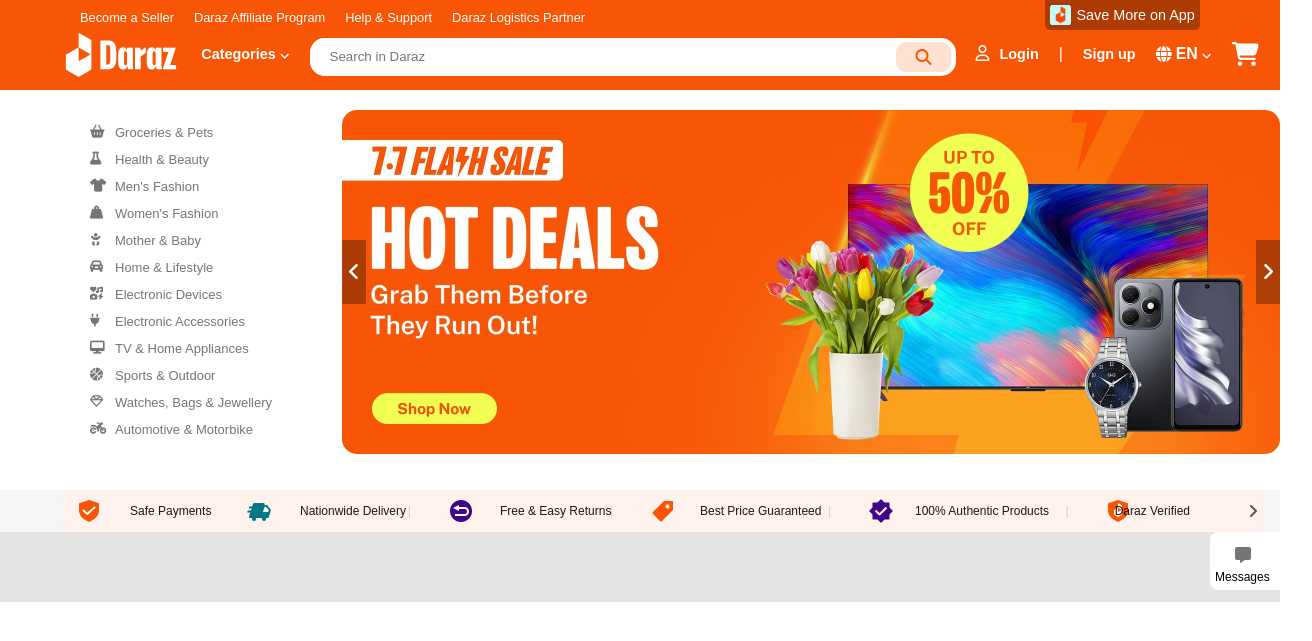
Repository: ubiadurrahman/Draz---Clone
Page: daraz.html
An editor plug-in stored every save of this project. The page is shown before and after the next save, followed by the edit.
The browser window is 1280 px wide. The page is 1312 px wide, so the pictures cover 1312 px, including what lies to the right of the window. The pictures show the whole page.

Above is the page before, as saved 2024-07-10 22:39:07.

After the next save:
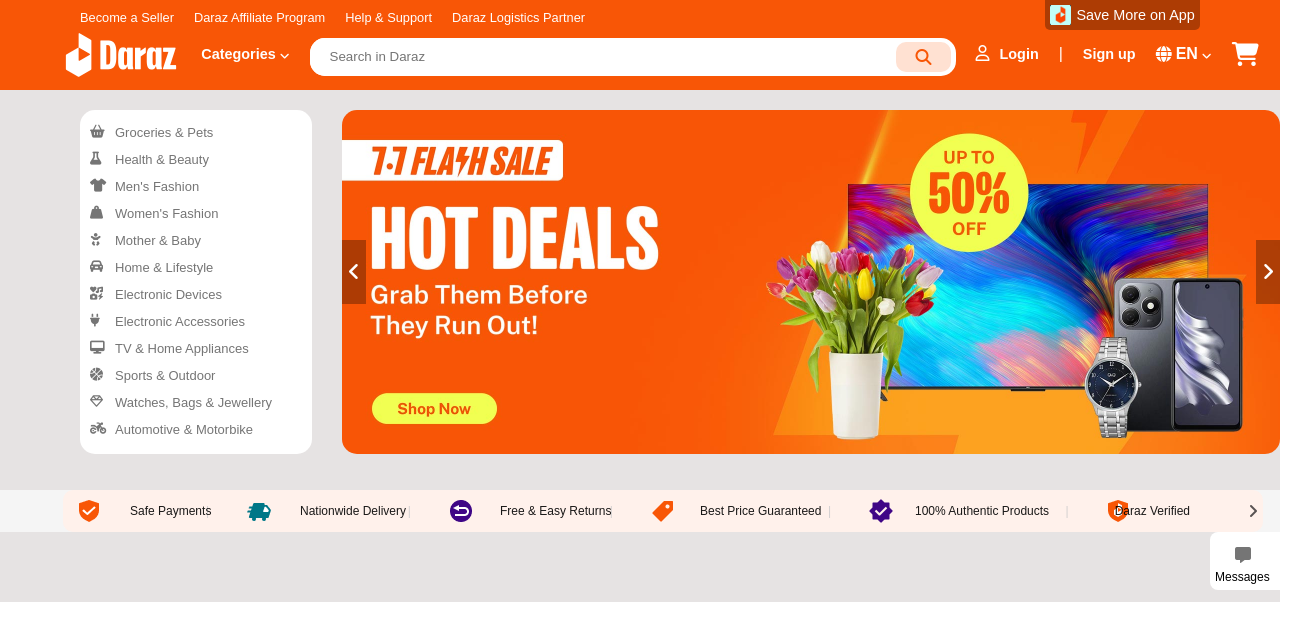
Saved 5 s later.
--- a/daraz.css
+++ b/daraz.css
@@ -223,7 +223,7 @@
     display: flex;
     width: 100%;
     height: 400px;
-    background-color#e6e3e3;
+    background-color: #e6e3e3;
 }
 
 .first {
